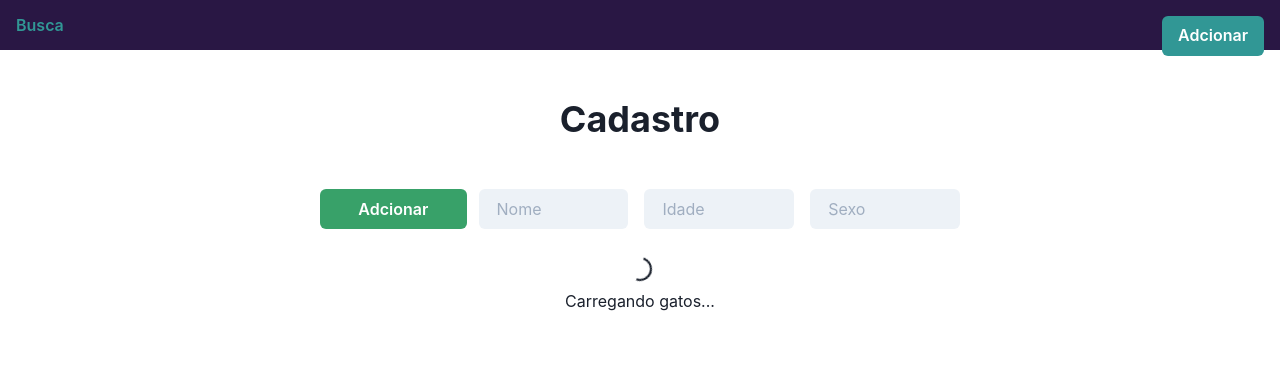
Repository: thislucasme/front-end-cats-react.js
Page: /cadastro
These files come from the project's save history. The page is drawn as it stood at one moment and after the next save; the edit follows.
The browser window is 1280 px wide. The pictures show the whole page.
The page's requests for data from a server got no answer. The project was rebuilt for these pictures with package versions that can differ from the ones it lists, and the page was loaded fresh each time. No one was signed in, and anything a server would have sent is missing.

Above is the page before, as saved 2021-10-27 15:55:25.

After the next save:
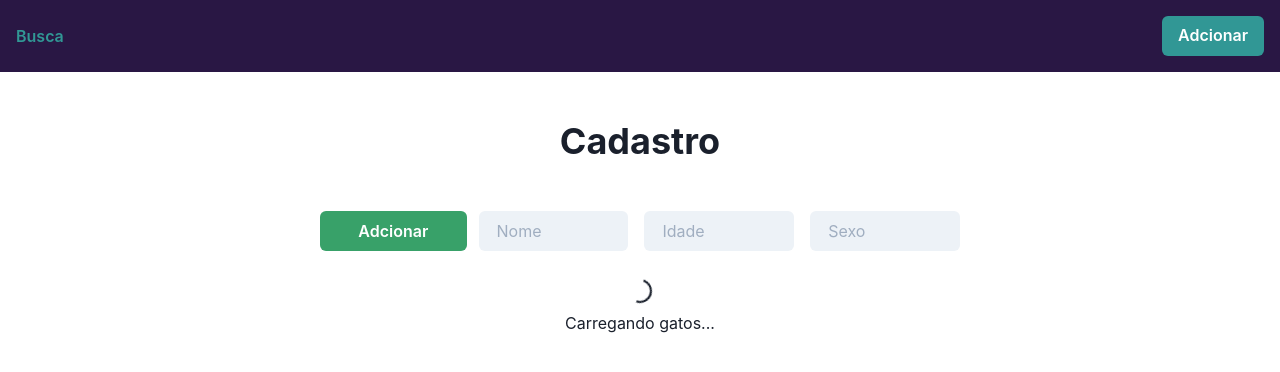
Saved 8 s later.
--- a/src/components/menu.tsx
+++ b/src/components/menu.tsx
@@ -3,7 +3,7 @@ import React from "react";
 export const Menu = () => {
 	return (
 		<>
-			<Flex p={4} h={"50"} bg={"#291744"} w={"full"}>
+			<Flex p={4} bg={"#291744"} w={"full"}>
 				<Button colorScheme="teal" variant="link">
 					Busca
 				</Button>
